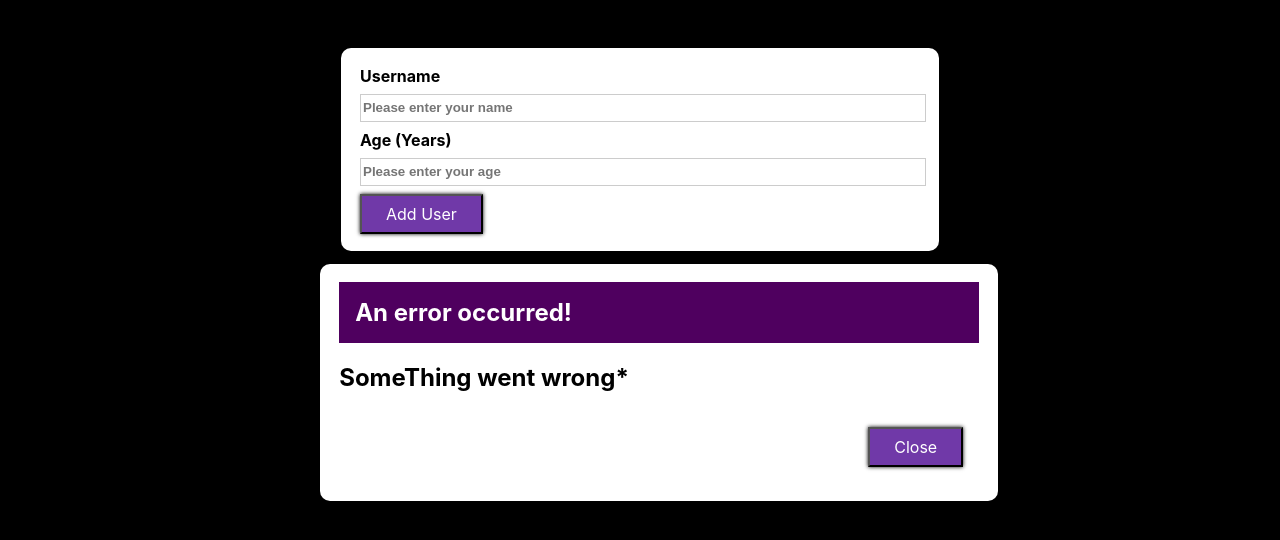
Repository: NamalPathirana/section-eight
Page: /
These files come from the project's save history. The page is drawn as it stood at one moment and after the next save; the edit follows.
The browser window is 1280 px wide. The pictures show the whole page.
The project was rebuilt for these pictures with package versions that can differ from the ones it lists, and the page was loaded fresh each time. Also part of the build but not shown: src/App.module.css.

Above is the page before, as saved 2021-12-04 14:29:23.

### src/index.css
body {
  margin: 0;
  padding: 0%;
  height: 100%;
  width: 100%;
  display: flex;
  flex-direction: column;
  background-color: black;
  font-family: -apple-system, BlinkMacSystemFont, 'Segoe UI', 'Roboto', 'Oxygen',
    'Ubuntu', 'Cantarell', 'Fira Sans', 'Droid Sans', 'Helvetica Neue',
    sans-serif;
  -webkit-font-smoothing: antialiased;
  -moz-osx-font-smoothing: grayscale;
}

code {
  font-family: source-code-pro, Menlo, Monaco, Consolas, 'Courier New',
    monospace;
}

### src/App.js
import styles from "./App.module.css";
import react, { useState } from "react";
import UserInput from "./Components/UserInput/UserInput";
import UserList from "./Components/UserList/UserList";
import Card from "./UI/Card/Card";

function App() {
  const [listOfEntries, SetListOfEntries] = useState([
    { key: 0, name: "Dave", age: "000" },
    { key: 1, name: "looper", age: "29" },
  ]);

  const UserEntryCallbackHandler = (props) => {
    SetListOfEntries((prevListOfEntries) => {
      const tempList = [...prevListOfEntries];
      tempList.unshift({
        key: Math.random(),
        name: props.name,
        age: props.age,
      });
      return tempList;
    });
    console.log(listOfEntries);
  };

  const entryDeletionCallback = (entryKey) => {
    SetListOfEntries((perEntry) => {
      const updatedEntries = perEntry.filter((entry) => {
        return entry.key !== entryKey;
      });
      return updatedEntries;
    });
  };

  let UserInfoSegment = <Card><h3 className={styles.block}>No Entries Exists To Display</h3></Card>;

  if (listOfEntries.length > 0) {
    UserInfoSegment = (
      <UserList
        items={listOfEntries}
        deletionHandler={entryDeletionCallback}
      ></UserList>
    );
  }

  return (
    <div className="App">
      <section>
        <UserInput onUserEntry={UserEntryCallbackHandler}></UserInput>
      </section>
      <section>
      {UserInfoSegment}
      </section>
    </div>
  );
}

export default App;

### src/Components/UserInput/UserInput.js
import Button from "../../UI/Button/Button";
import styles from "./UserInput.module.css";
import { useState } from "react";
import Card from "../../UI/Card/Card";
import ErrorModal from "../../UI/ErrorModal/ErrorModal";

const UserInput = (props) => {
  const userEntry = { key: 0, name: "lol", age: "25" };

  const [username, SetUserName] = useState("");
  const [age, SetAge] = useState("");
  const [isValid, SetIsValid] = useState(true);

  const NameInputHandler = (props) => {
    SetUserName(props.target.value);

    if (props.target.value.length > 0) {
      SetIsValid(true);
    }
    // console.log('[UserInput.js / userName : ]'+username)
  };

  const AgeInputHandler = (props) => {
    SetAge(props.target.value);
    if (props.target.value.length > 0) {
      SetIsValid(true);
    }
    // console.log('[UserInput.js / userName : ]'+age);
  };

  const FormSubmitHandler = (event) => {
    event.preventDefault();

    if (username.length === 0) {
      SetIsValid(false);
      return;
    }
    if(+age<1){
        SetIsValid(false);
        return;
    }

    userEntry.key = Math.random();
    userEntry.name = username;
    userEntry.age = age;

    props.onUserEntry(userEntry);

    SetUserName("");
    SetAge("");
  };

  return (
    <div>
    <ErrorModal title="An error occurred!" message='SomeThing went wrong*'></ErrorModal>
    <Card>
      <form onSubmit={FormSubmitHandler}>
        <div className={styles.frame}>
          <label className={`${!isValid ? styles.inValid : ""}`}>
            Username
          </label>
          <input
            placeholder="Please enter your name"
            type="text"
            onChange={NameInputHandler}
            className={!isValid ? styles.inValid : ""}
            value={username}
          />
          <label className={`${!isValid ? styles.inValid : ""}`}>
            Age (Years)
          </label>
          <input
            placeholder="Please enter your age"
            type="number"
            max="120"
            maxLength="2"
            min="12"
            onChange={AgeInputHandler}
            value={age}
            className={`${!isValid ? styles.inValid : ""}`}
          />
          <Button name="Add User" type="submit"></Button>
        </div>
      </form>
    </Card>
    </div>
  );
};

export default UserInput;

### src/Components/UserList/UserList.js
import styles from './UserList.module.css';
import UserListItem from '../UserListItem/UserListItem'
import Card from '../../UI/Card/Card';


const UserList = (props) => {

    const listUserItems = props.items.map(row=>{
        return  <UserListItem key={row.key} name={row.name} age={row.age} clicked={()=>{props.deletionHandler(row.key)}}/>;
    });

    return(
        <Card>
        <div className={styles.frame}>
           {listUserItems}
        </div>
        </Card>
    );
}

export default UserList;

### src/UI/Card/Card.js
import styles from './Card.module.css';

const Card = (props) => {

    return (<div className={`${styles.card} ${props.className}`}>
        {props.children}
    </div>);

}

export default Card;

### src/UI/Button/Button.js
import styles from "./Button.module.css";

const Button = (props) => {
  return <button className={styles.button} type={props.type || 'button'}>{props.name}</button>;
};

export default Button;

### src/Components/UserInput/UserInput.module.css
.frame{

}

.frame input{
    display: block;
    font-weight: bold;
    border: 1px solid #ccc;
    line-height: 1.5rem;
    padding: 100 0.25rm;
    width: 100%;
    margin-bottom: 0.5rem;
}

.frame input:hover{
    border: 1px solid rgb(49, 45, 45);
}

label.inValid {
    color: red;
}

input.inValid {
    background-color: rgb(233, 161, 161);
    border: 1px solid red;
 }

.frame label{
    display: block;
    align-content: flex-start;
    font-weight: bold;
    margin-bottom: 0.5rem;
}

### src/UI/ErrorModal/ErrorModal.js
import styles from "./ErrorModal.module.css";
import Card from "../Card/Card";
import Button from "../Button/Button"

const ErrorModal = (props) => {
  return (
    <Card className={styles.modal}>
      <header className={styles.header} ><h2>{props.title}</h2></header>
      <h2 className={styles.message}>{props.message}</h2>
      <footer className={styles.actions}><Button name="Close"></Button></footer>
    </Card>
  );
};

export default ErrorModal;

### src/Components/UserList/UserList.module.css
.frame{

}

### src/Components/UserListItem/UserListItem.js
import styles from './UserListItem.module.css';


const UserListItem = (props) => {

    return(
        <div className={styles.list_item} onClick={props.clicked}>
            <h3>{props.name} ({props.age} Years Old)</h3>
        </div>
    );
}

export default UserListItem;

### src/UI/Card/Card.module.css
.card{
    margin: 0.5rem 0.5rem;
    padding: 1.1rem 1.2rem;
    width: 35rem;
    max-width: 90%;
    margin: 3rem auto;
    background-color: white;
    border-radius: 10px;
}

### src/UI/Button/Button.module.css
.button{
    font: inherit;
    padding: 0.5rem 1.5rem;
    background-color: rgb(112, 57, 168);
    color:white;
    box-shadow: 0 0 4px black;
    cursor: pointer;
    width: auto;
}

.button:focus{
    outline: none;
}

.button:hover,.button:active{
    background-color: rgb(185, 140, 231);
    border-color: rgb(185, 140, 231);
    box-shadow: 0 0 8px black;
}

### src/UI/ErrorModal/ErrorModal.module.css
.modal {
  position: fixed;
  top: 30vh;
  left: 10%;
  width: 80%;
  z-index: 100;
  overflow: hidden;
}

.header {
  background: #4f005f;
  padding: 1rem;
}

.header h2 {
  color: white;
  margin: 0;
}

.content {
  padding: 1rem;
}

.actions {
  padding: 1rem;
  display: flex;
  justify-content: flex-end;
}

@media (min-width: 768px) {
  .modal {
    left: calc(50% - 20rem);
    width: 40rem;
  }
}

### src/Components/UserListItem/UserListItem.module.css
.list_item{
    border: 1px solid gray;
    display: block;
    padding: 0.5rem 0.3rem;
    margin: 3px 0px;

}

.list_item:hover{
    background-color: antiquewhite;
}

.list_item:active{
    background-color: rgb(251, 199, 199);
}


.list_item h3{
    margin: 0px;
}

Loaded but not shown: public/index.html (common file); src/index.js (common file); src/reportWebVitals.js (common file)

After the next save:
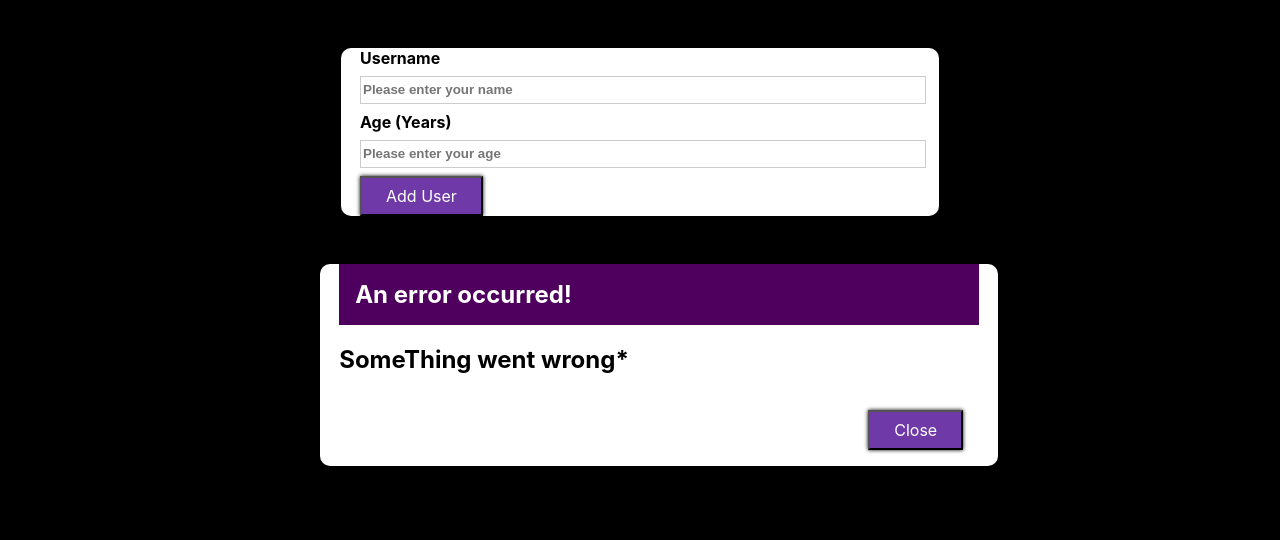
Saved 7 s later.
--- a/src/UI/Card/Card.module.css
+++ b/src/UI/Card/Card.module.css
@@ -1,6 +1,6 @@
 .card{
     margin: 0.5rem 0.5rem;
-    padding: 1.1rem 1.2rem;
+    padding: 0rem 1.2rem;
     width: 35rem;
     max-width: 90%;
     margin: 3rem auto;

After the save that followed:
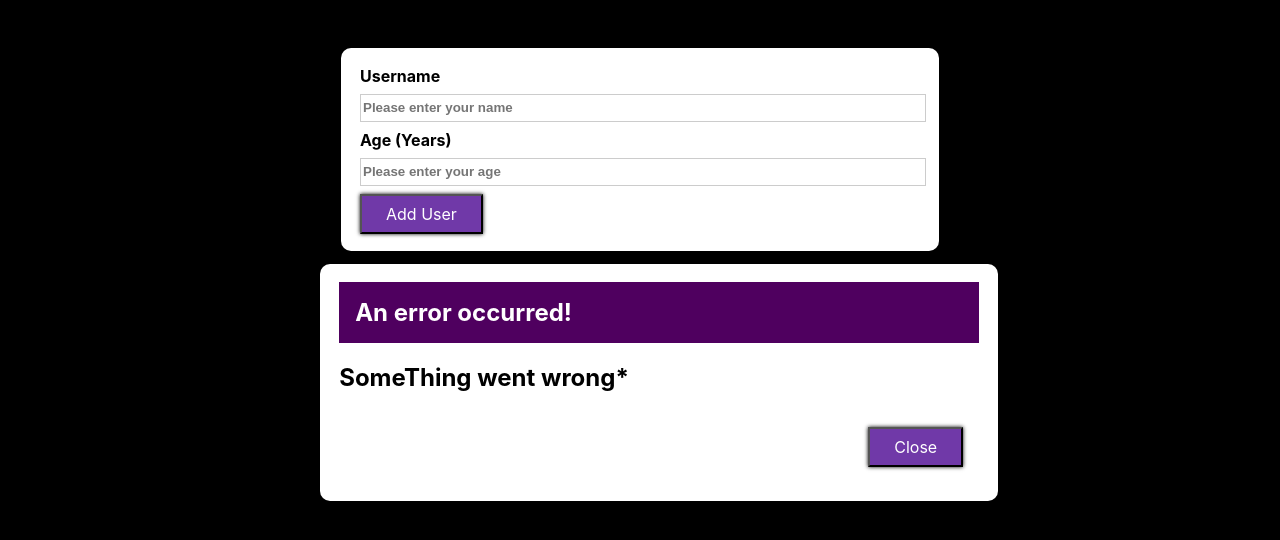
Saved 6 s later.
--- a/src/UI/Card/Card.module.css
+++ b/src/UI/Card/Card.module.css
@@ -1,6 +1,6 @@
 .card{
     margin: 0.5rem 0.5rem;
-    padding: 0rem 1.2rem;
+    padding: 1.1rem 1.2rem;
     width: 35rem;
     max-width: 90%;
     margin: 3rem auto;
